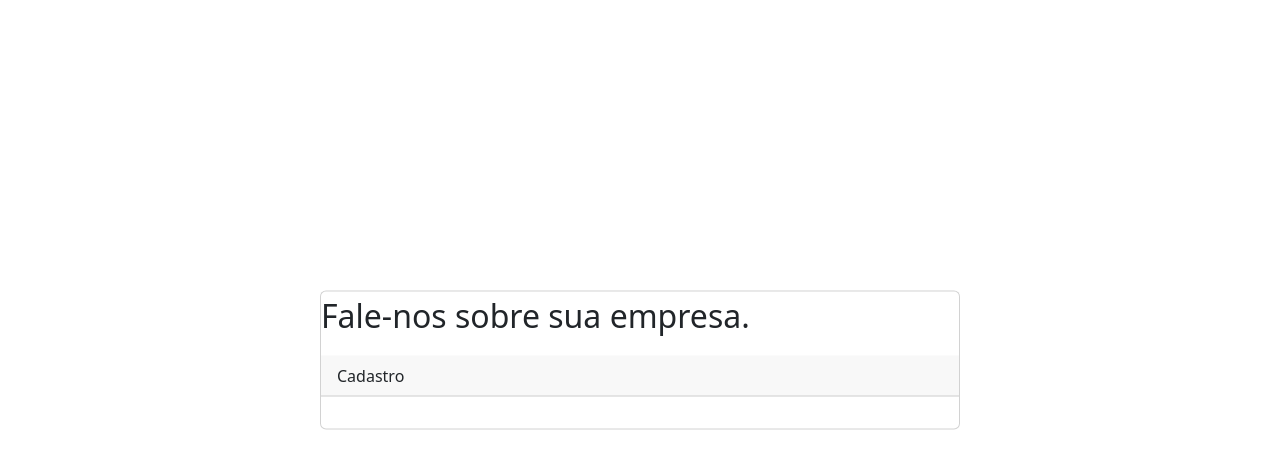
Repository: vandrecx/utilitaries
Page: http://localhost/login_archive/cadastro.php
An editor plug-in stored every save of this project. The page is shown before and after the next save, followed by the edit.
The browser window is 1280 px wide. The pictures show the whole page.
The page is run by PHP 8.4 with error messages shown; the project is at /var/www/html/.

Above is the page before, as saved 2024-05-01 14:50:02.

After the next save:
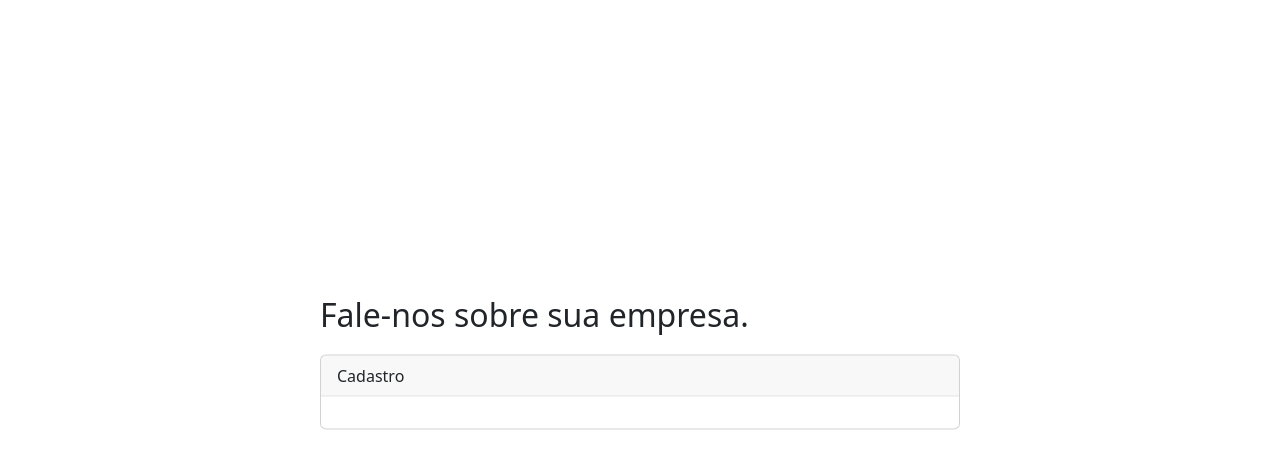
Saved 77 s later.
--- a/login_archive/cadastro.php
+++ b/login_archive/cadastro.php
@@ -14,16 +14,19 @@ include 'funcoes.php';
     <title>Página de Cadastro</title>
 </head>
 <body>
-    <div class="card" style="width: 50%; justify-content: center; position: absolute; top: 50%; left: 50%; transform: translate(-50%, -50%);">
+    <div style="width: 50%; justify-content: center; position: absolute; top: 50%; left: 50%; transform: translate(-50%, -50%);">
         <p class="fs-2">Fale-nos sobre sua empresa.</p>
-        <div class="card-header">
-            Cadastro
-        </div>
-        <div class="card-body">
-            <form method="POST" action="UserSignUp.php">
+        <div class="card">
+            <div class="card-header">
+                Cadastro
+            </div>
+            <div class="card-body">
+                <form method="POST" action="UserSignUp.php">
 
-            </form>
+                </form>
+            </div>
         </div>
     </div>
+
 </body>
 </html>
